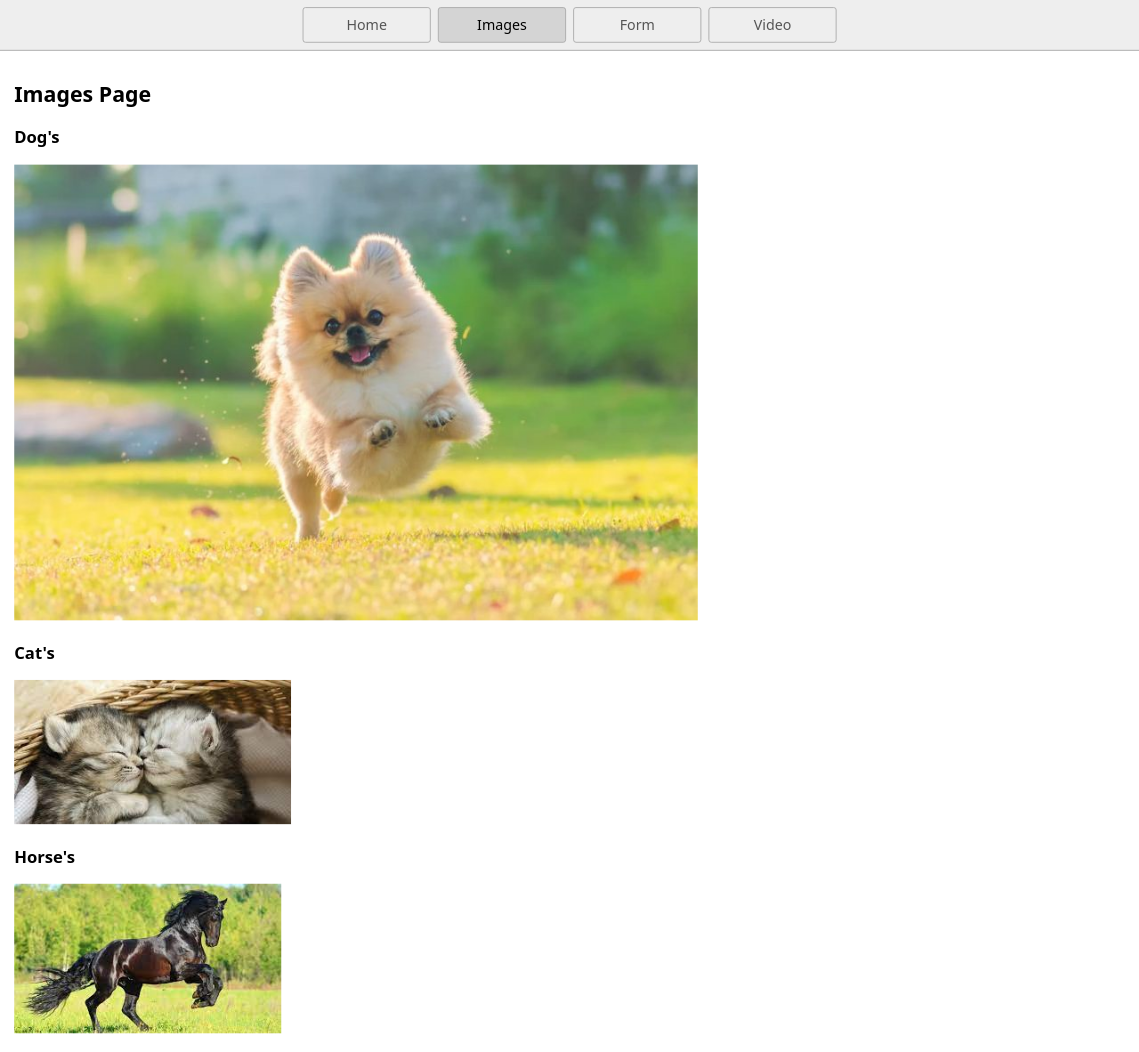
Repository: sebas6292/palmTree-Final
Page: Images.html
These files come from the project's save history. The page is drawn as it stood at one moment and after the next save; the edit follows.
The browser window is 1280 px wide. The pictures show the whole page, at 89% of full size.

Above is the page before, as saved 2023-05-26 19:40:48.
Not found: script.js

After the next save:
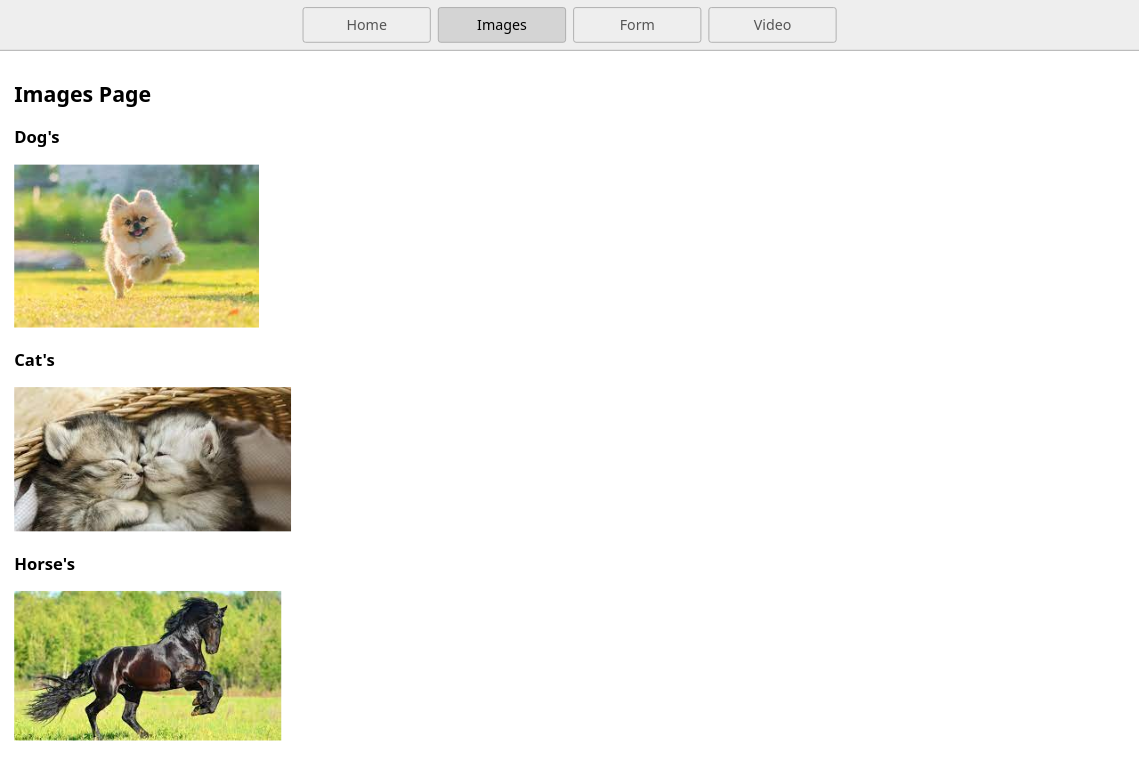
Saved 75 s later.
--- a/Images.html
+++ b/Images.html
@@ -22,7 +22,7 @@
           <a
             href="https://www.google.com/search?q=dogs&tbm=isch&chips=q:dogs,g_1:small:r1TFEtqsli4%3D&hl=en&sa=X&ved=2ahUKEwiJss3arpT_AhWmCEQIHRbZAYwQ4lYoBHoECAEQNw&biw=1425&bih=709#imgrc=nmekZO4gLL_5nM"
           >
-            <img src="./Assets/shutterstock_1568771329-768x512.jpg" />
+            <img src="./Assets/dog.jpeg" />
           </a>
           <h3>Cat's</h3>
           <a
